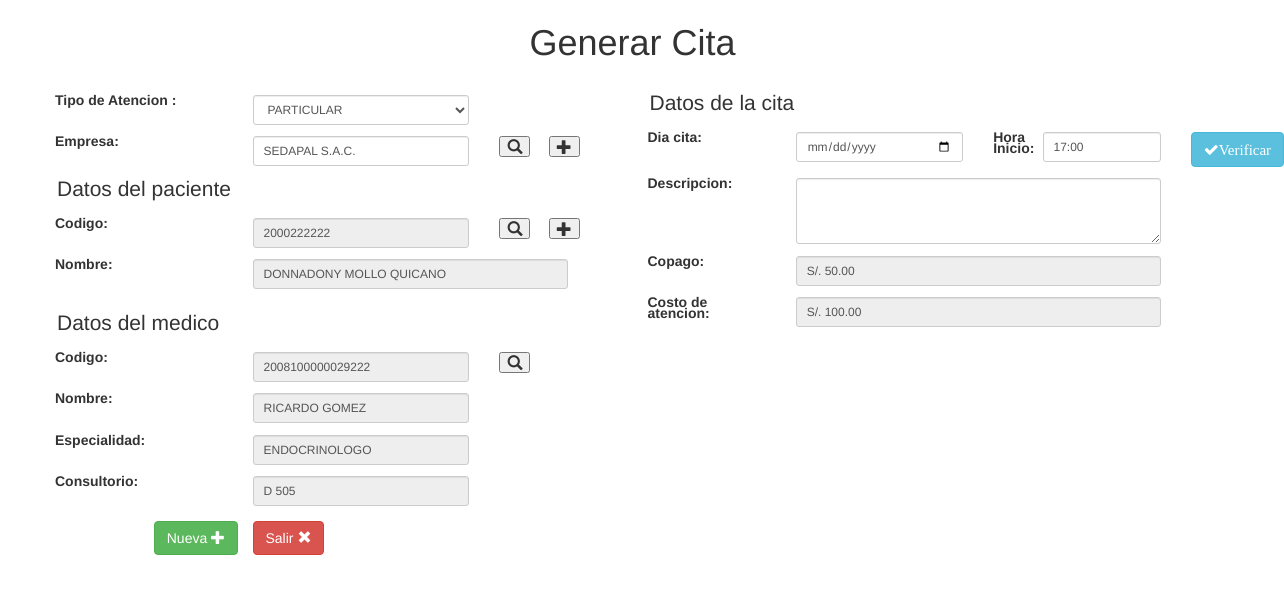
Repository: Donyx10/ADSII-ProyectoClinica
Page: http://localhost/AvanceWeb/GeneraCitaMedica.jsp
The author's editor kept a copy of each file at every save. The page is drawn from the files as they stood at one save, then again after the next save.
The browser window is 1280 px wide. The page is 1284 px wide, so the pictures cover 1284 px, including what lies to the right of the window. The pictures show the whole page.
Some web fonts or font styles are not loaded; a fallback is used. The page is served by Tomcat 9. Other server files are loaded and not shown.

Above is the page before, as saved 2018-06-04 05:53:12.

### WebDemo/AvanceWeb/WebContent/GeneraCitaMedica.jsp
<!DOCTYPE html>
<html lang="esS">
<head>
<meta charset="UTF-8">
<meta name="viewport"
	content="width=device-width, initial-scale=1, maximum-scale=1, user-scalable=no">
<script type="text/javascript" src="js/jquery.min.js"></script>
<script type="text/javascript" src="js/jquery.dataTables.min.js"></script>
<script type="text/javascript" src="js/dataTables.bootstrap.min.js"></script>
<script type="text/javascript" src="js/bootstrap.min.js"></script>
<script type="text/javascript" src="js/bootstrapValidator.js"></script>
<link rel="stylesheet" href="css/bootstrap.css" />
<link rel="stylesheet" href="css/dataTables.bootstrap.min.css" />
<link rel="stylesheet" href="css/style.css" />
<link rel="stylesheet" href="css/bootstrapValidator.css" />
<link rel="stylesheet"
	href="https://cdnjs.cloudflare.com/ajax/libs/font-awesome/4.7.0/css/font-awesome.min.css">
<title>Generar Cita</title>

</head>
<body>

	<div class="container" style="padding-top: 3px; line-height: 0.8; padding-left: 0.01px;">
		<h1 align="center">Generar Cita</h1>
		<br>
		<br>
		<form action="generarCita" id="id_form">
			<div class="form-group row">
				<div class="col-md-6" >

					<div class="form-group row" align="left" id="atencion">
						<div class="col-md-12" >
							<div class="row">
								<div class="col-md-4">
									<label for="atencion">Tipo de Atencion : </label>
								</div>
								<div class="col-md-5">
									<select class="form-control input-sm" style="">
										<option>PARTICULAR
										<option>EPS
										<option>SEGURO
									</select>
								</div>
							</div>
							<br>
							<div class="row">
									<div class="col-md-4">
										<label class="" for="id_codigo">Empresa:</label>
									</div>
									<div class="col-md-5">
										<input class="form-control input-sm" type="text"
											value="SEDAPAL S.A.C." id="" name=""
											placeholder="Ingrese el codigo">
									</div>
									<div class="col-md-1" align="right">
										<button style="font-size: 15px">
											<i class="glyphicon glyphicon-search"></i>
										</button>
									</div>
									<div class="col-sm-1">
										<button style="font-size: 15px">
											<i class="glyphicon glyphicon-plus"></i>
										</button>
									</div>
								</div>

						</div>
					</div>

					<div class="form-group row" align="left" id="paciente">
						<div class="col-md-12" >
							<fieldset>
								<legend>Datos del paciente</legend>
								<div class="row">
									<div class="col-md-4">
										<label class="" for="id_codigo">Codigo:</label>
									</div>
									<div class="col-md-5">
										<input class="form-control input-sm" type="text" readonly="readonly"
											value="2000222222" id="" name=""
											placeholder="Ingrese el codigo">
									</div>
									<div class="col-md-1" align="right">
										<button style="font-size: 15px">
											<i class="glyphicon glyphicon-search"></i>
										</button>
									</div>
									<div class="col-sm-1">
										<button style="font-size: 15px">
											<i class="glyphicon glyphicon-plus"></i>
										</button>
									</div>
								</div>
								<br>
								<div class="row">
									<div class="col-md-4">
										<label class="" for="">Nombre:</label>
									</div>
									<div class="col-md-7">
										<input class="form-control input-sm" type="text" readonly="readonly"
											value="DONNADONY MOLLO QUICANO" id="" name=""
											placeholder="Ingrese el nombre" size="30">
									</div>
								</div>

							</fieldset>
						</div>

					</div>

					<br>
					<div class="form-group row" id="cita" >
						<div class="col-md-12">
						<fieldset>
								<legend>Datos del medico</legend>

								<div class="row">
									<div class="col-md-4">
										<label class="" for="id_codigo">Codigo:</label>
									</div>
									<div class="col-md-5">
										<input class="form-control input-sm" type="text" readonly="readonly"
											id="id_codigo" value="2008100000029222"
											name="computadora.nombre" placeholder="Ingrese el codigo">

									</div>
									<div class="col-md-1">
										<button style="font-size: 15px">
											<i class="glyphicon glyphicon-search"></i>
										</button>
									</div>
								</div>
								<br>
								<div class="row">
									<div class="col-md-4">
										<label class="" for="">Nombre:</label>
									</div>
									<div class="col-md-5">
										<input class="form-control input-sm" type="text" id="" readonly="readonly"
											value="RICARDO GOMEZ" name="" placeholder="Ingrese el nombre">
									</div>
								</div>
								<br>
								<div class="row">
									<div class="col-md-4">
										<label class="" for="">Especialidad:</label>
									</div>
									<div class="col-md-5">
										<input class="form-control input-sm" type="text" id="" name="" readonly="readonly"
											value="ENDOCRINOLOGO" placeholder="Ingrese la especialidad">
									</div>
								</div>
								<br>
								<div class="row">
									<div class="col-md-4">
										<label class="" for="">Consultorio:</label>
									</div>
									<div class="col-md-5">
										<input class="form-control input-sm" type="text" id="" name="" readonly="readonly"
											value="D 505" placeholder="Ingrese el consultorio">
									</div>
								</div>
							</fieldset>

						</div>
					</div>
					<div class="form-group row" id="botones">
						<div class="col-md-2" align="center"></div>
						<div class="col-md-2" align="center">
							<button type="submit" class="btn btn-success">
								Nueva <span class="glyphicon glyphicon-plus"></span>
							</button>
						</div>
						<div class="col-md-2" align="center">
							<button type="submit" class="btn btn-danger">
								Salir <span class="glyphicon glyphicon-remove"></span>
							</button>
						</div>
					</div>
				</div>
				<div class="col-md-6" >
					<div class="form-group row" id="medico"
						>
						<div class="col-md-12" >
							<fieldset>
								<legend>Datos de la cita </legend>
								<!--
								<div class="row">
									<div class="col-md-3">
										<label class="" for="">Especialidad:</label>
									</div>
									<div class="col-md-4">
										<select class="form-control input-sm">
											<option>TRAUMATOLOGIA
											<option>CIRUJIA
											<option>GINECOLOGIA
										</select>
									</div>
								</div>
								<br>
								 -->
								<!--
						<div class="row">
							<div class="col-md-3">
								<label class="" for="">Numero:</label>
							</div>
							<div class="col-md-3">
								<input class="form-control" type="text" id="" name="" value="001-000029"
									size="10" placeholder="Numero">
							</div>
						</div>
						<br>-->
								<div class="row">
									<div class="col-md-3">
										<label class="" for="id_codigo">Dia cita:</label>
									</div>
									<div class="col-md-4">
										<input class="form-control input-sm" type="date" id=""
											value="5/18/2018" name="" placeholder="Dia" size="10">

									</div>

									<div class="col-md-1">
										<label class="" for="id_codigo">Hora Inicio:</label>
									</div>
									<div class="col-md-3">
										<input class="form-control input-sm" type="text" id="" name=""
											value="17:00" placeholder="Hora" size="10">

									</div>
									<div class="col-md-1">
										<button style="font-size: 15px" class="btn btn-info">
											<i class="fa fa-check">Verificar</i>
										</button>

									</div>
								</div>
								<br>
								<div class="row">
									<div class="col-md-3">
										<label class="" for="">Descripcion:</label>
									</div>
									<div class="col-lg-8">
										<textarea class="form-control input-sm" rows="3" id="comment"></textarea>
									</div>
								</div>
								<br>
								<div class="row">
									<div class="col-md-3">
										<label class="" for="">Copago:</label>
									</div>
									<div class="col-lg-8">
										<input class="form-control input-sm" type="text" id="" name="" readonly="readonly"
											value="S/. 50.00" placeholder="Hora" size="10">
									</div>
								</div>
								<br>
								<div class="row">
									<div class="col-md-3">
										<label class="" for="">Costo de atencion:</label>
									</div>
									<div class="col-lg-8">
										<input class="form-control input-sm" type="text" id="" name="" readonly="readonly"
											value="S/. 100.00" placeholder="Hora" size="10">
									</div>
								</div>
							</fieldset>
						</div>
					</div>
				</div>
			</div>
		</form>
	</div>
</body>
</html>

### WebDemo/AvanceWeb/WebContent/css/style.css


.table-fixed {
	width: 100%;
	background-color: #f3f3f3;
}

.table-fixed tbody {
	height: 120px;
	overflow-y: auto;
	width: 100%;
}

.table-fixed thead, .table-fixed tbody, .table-fixed tr, .table-fixed td,
	.table-fixed th {
	display: block;
}

.table-fixed tbody td {
	float: left;
}

.table-fixed thead tr th {
	float: left;
	background-color: #f39c12;
	border-color: #e67e22;
}

legend {
    display: block;
    padding-left: 2px;
    padding-right: 2px;
    border: none;
}

Loaded but not shown: WebDemo/AvanceWeb/WebContent/js/jquery.min.js (library); WebDemo/AvanceWeb/WebContent/js/jquery.dataTables.min.js (library); WebDemo/AvanceWeb/WebContent/js/dataTables.bootstrap.min.js (common file); WebDemo/AvanceWeb/WebContent/js/bootstrap.min.js (library); WebDemo/AvanceWeb/WebContent/js/bootstrapValidator.js (library); WebDemo/AvanceWeb/WebContent/css/bootstrap.css (library); WebDemo/AvanceWeb/WebContent/css/dataTables.bootstrap.min.css (library); WebDemo/AvanceWeb/WebContent/css/bootstrapValidator.css (common file)

After the next save:
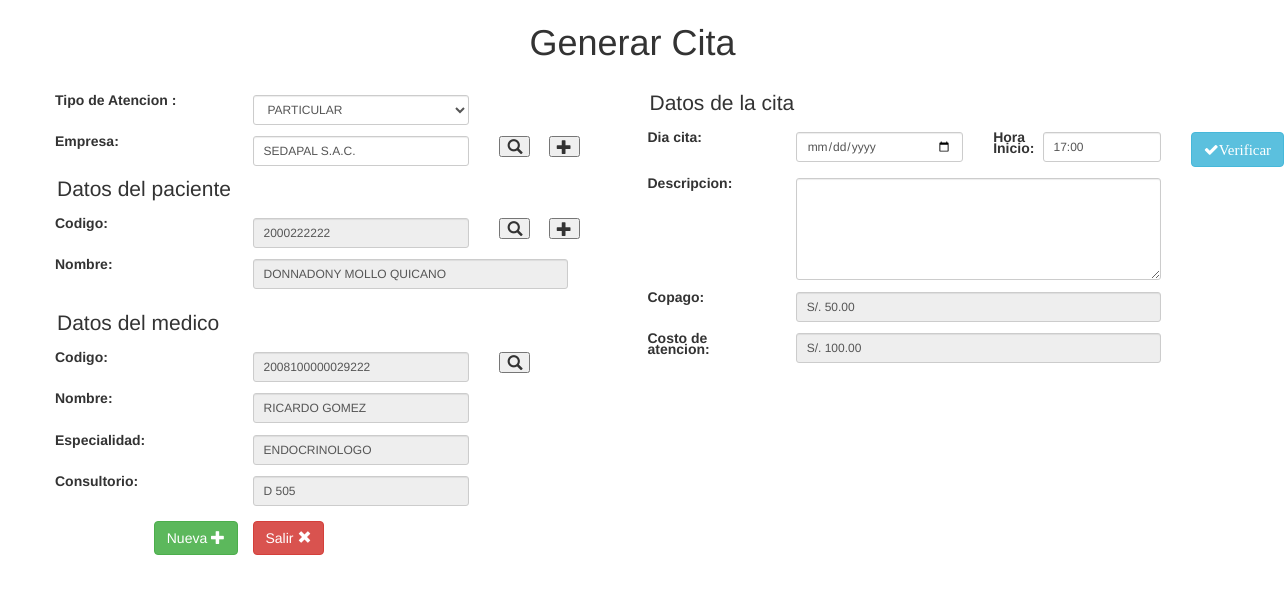
Saved 3 min 41 s later.
--- a/WebDemo/AvanceWeb/WebContent/GeneraCitaMedica.jsp
+++ b/WebDemo/AvanceWeb/WebContent/GeneraCitaMedica.jsp
@@ -241,7 +241,7 @@
 										<label class="" for="">Descripcion:</label>
 									</div>
 									<div class="col-lg-8">
-										<textarea class="form-control input-sm" rows="3" id="comment"></textarea>
+										<textarea class="form-control input-sm" rows="5" id="comment"></textarea>
 									</div>
 								</div>
 								<br>
